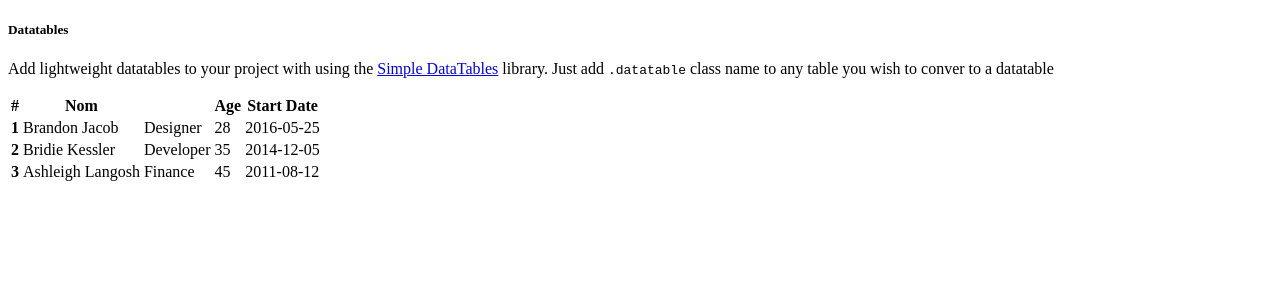
Repository: antsamadagascar/HR-Recruitment
Page: http://localhost/semestre5/application/views/table/annonces_tables.php
An editor plug-in stored every save of this project. The page is shown before and after a run of saves, followed by the edit.
The browser window is 1280 px wide. The pictures show the whole page.
The page is run by PHP 8.4 with error messages shown; the project is at /var/www/html/. application/core/MY_Config.php is not in the repository; a stand-in opens the database connection.

Above is the page before, as saved 2024-11-13 16:46:27.

### application/views/table/annonces_tables.php
<!DOCTYPE html>
<html lang="en">

<head>
  <meta charset="utf-8">
  <meta content="width=device-width, initial-scale=1.0" name="viewport">
  <link href="assets/css/style.css" rel="stylesheet">
</head>

<body>
<section class="section">
      <div class="row">
        <div class="col-lg-12">

          <div class="card">
            <div class="card-body">
              <h5 class="card-title">Datatables</h5>
              <p>Add lightweight datatables to your project with using the <a href="https://github.com/fiduswriter/Simple-DataTables" target="_blank">Simple DataTables</a> library. Just add <code>.datatable</code> class name to any table you wish to conver to a datatable</p>

              <!-- Table with stripped rows -->
              <table class="table datatable">
                <thead>
                  <tr>
                    <th scope="col">#</th>
                    <th scope="col">Nom</th>
                    <th scope="col"></th>
                    <th scope="col">Age</th>
                    <th scope="col">Start Date</th>
                  </tr>
                </thead>
                <tbody>
                  <tr>
                    <th scope="row">1</th>
                    <td>Brandon Jacob</td>
                    <td>Designer</td>
                    <td>28</td>
                    <td>2016-05-25</td>
                  </tr>
                  <tr>
                    <th scope="row">2</th>
                    <td>Bridie Kessler</td>
                    <td>Developer</td>
                    <td>35</td>
                    <td>2014-12-05</td>
                  </tr>
                  <tr>
                    <th scope="row">3</th>
                    <td>Ashleigh Langosh</td>
                    <td>Finance</td>
                    <td>45</td>
                    <td>2011-08-12</td>
                  </tr>
                </tbody>
              </table>
              <!-- End Table with stripped rows -->

            </div>
          </div>

        </div>
      </div>
    </section>
</body>

</html>

### index.php
<?php
/**
 * CodeIgniter
 *
 * An open source application development framework for PHP
 *
 * This content is released under the MIT License (MIT)
 *
 * Copyright (c) 2014 - 2016, British Columbia Institute of Technology
 *
 * Permission is hereby granted, free of charge, to any person obtaining a copy
 * of this software and associated documentation files (the "Software"), to deal
 * in the Software without restriction, including without limitation the rights
 * to use, copy, modify, merge, publish, distribute, sublicense, and/or sell
 * copies of the Software, and to permit persons to whom the Software is
 * furnished to do so, subject to the following conditions:
 *
 * The above copyright notice and this permission notice shall be included in
 * all copies or substantial portions of the Software.
 *
 * THE SOFTWARE IS PROVIDED "AS IS", WITHOUT WARRANTY OF ANY KIND, EXPRESS OR
 * IMPLIED, INCLUDING BUT NOT LIMITED TO THE WARRANTIES OF MERCHANTABILITY,
 * FITNESS FOR A PARTICULAR PURPOSE AND NONINFRINGEMENT. IN NO EVENT SHALL THE
 * AUTHORS OR COPYRIGHT HOLDERS BE LIABLE FOR ANY CLAIM, DAMAGES OR OTHER
 * LIABILITY, WHETHER IN AN ACTION OF CONTRACT, TORT OR OTHERWISE, ARISING FROM,
 * OUT OF OR IN CONNECTION WITH THE SOFTWARE OR THE USE OR OTHER DEALINGS IN
 * THE SOFTWARE.
 *
 * @package	CodeIgniter
 * @author	EllisLab Dev Team
 * @copyright	Copyright (c) 2008 - 2014, EllisLab, Inc. (https://ellislab.com/)
 * @copyright	Copyright (c) 2014 - 2016, British Columbia Institute of Technology (http://bcit.ca/)
 * @license	http://opensource.org/licenses/MIT	MIT License
 * @link	https://codeigniter.com
 * @since	Version 1.0.0
 * @filesource
 */

/*
 *---------------------------------------------------------------
 * APPLICATION ENVIRONMENT
 *---------------------------------------------------------------
 *
 * You can load different configurations depending on your
 * current environment. Setting the environment also influences
 * things like logging and error reporting.
 *
 * This can be set to anything, but default usage is:
 *
 *     development
 *     testing
 *     production
 *
 * NOTE: If you change these, also change the error_reporting() code below
 */
	define('ENVIRONMENT', isset($_SERVER['CI_ENV']) ? $_SERVER['CI_ENV'] : 'development');

/*
 *---------------------------------------------------------------
 * ERROR REPORTING
 *---------------------------------------------------------------
 *
 * Different environments will require different levels of error reporting.
 * By default development will show errors but testing and live will hide them.
 */
switch (ENVIRONMENT)
{
	case 'development':
		error_reporting(-1);
		ini_set('display_errors', 1);
	break;

	case 'testing':
	case 'production':
		ini_set('display_errors', 0);
		if (version_compare(PHP_VERSION, '5.3', '>='))
		{
			error_reporting(E_ALL & ~E_NOTICE & ~E_DEPRECATED & ~E_STRICT & ~E_USER_NOTICE & ~E_USER_DEPRECATED);
		}
		else
		{
			error_reporting(E_ALL & ~E_NOTICE & ~E_STRICT & ~E_USER_NOTICE);
		}
	break;

	default:
		header('HTTP/1.1 503 Service Unavailable.', TRUE, 503);
		echo 'The application environment is not set correctly.';
		exit(1); // EXIT_ERROR
}

/*
 *---------------------------------------------------------------
 * SYSTEM DIRECTORY NAME
 *---------------------------------------------------------------
 *
 * This variable must contain the name of your "system" directory.
 * Set the path if it is not in the same directory as this file.
 */
	$system_path = 'system';

/*
 *---------------------------------------------------------------
 * APPLICATION DIRECTORY NAME
 *---------------------------------------------------------------
 *
 * If you want this front controller to use a different "application"
 * directory than the default one you can set its name here. The directory
 * can also be renamed or relocated anywhere on your server. If you do,
 * use an absolute (full) server path.
 * For more info please see the user guide:
 *
 * https://codeigniter.com/user_guide/general/managing_apps.html
 *
 * NO TRAILING SLASH!
 */
	$application_folder = 'application';

/*
 *---------------------------------------------------------------
 * VIEW DIRECTORY NAME
 *---------------------------------------------------------------
 *
 * If you want to move the view directory out of the application
 * directory, set the path to it here. The directory can be renamed
 * and relocated anywhere on your server. If blank, it will default
 * to the standard location inside your application directory.
 * If you do move this, use an absolute (full) server path.
 *
 * NO TRAILING SLASH!
 */
	$view_folder = '';


/*
 * --------------------------------------------------------------------
 * DEFAULT CONTROLLER
 * --------------------------------------------------------------------
 *
 * Normally you will set your default controller in the routes.php file.
 * You can, however, force a custom routing by hard-coding a
 * specific controller class/function here. For most applications, you
 * WILL NOT set your routing here, but it's an option for those
 * special instances where you might want to override the standard
 * routing in a specific front controller that shares a common CI installation.
 *
 * IMPORTANT: If you set the routing here, NO OTHER controller will be
 * callable. In essence, this preference limits your application to ONE
 * specific controller. Leave the function name blank if you need
 * to call functions dynamically via the URI.
 *
 * Un-comment the $routing array below to use this feature
 */
	// The directory name, relative to the "controllers" directory.  Leave blank
	// if your controller is not in a sub-directory within the "controllers" one
	// $routing['directory'] = '';

	// The controller class file name.  Example:  mycontroller
	// $routing['controller'] = '';

	// The controller function you wish to be called.
	// $routing['function']	= '';


/*
 * -------------------------------------------------------------------
 *  CUSTOM CONFIG VALUES
 * -------------------------------------------------------------------
 *
 * The $assign_to_config array below will be passed dynamically to the
 * config class when initialized. This allows you to set custom config
 * items or override any default config values found in the config.php file.
 * This can be handy as it permits you to share one application between
 * multiple front controller files, with each file containing different
 * config values.
 *
 * Un-comment the $assign_to_config array below to use this feature
 */
	// $assign_to_config['name_of_config_item'] = 'value of config item';



// --------------------------------------------------------------------
// END OF USER CONFIGURABLE SETTINGS.  DO NOT EDIT BELOW THIS LINE
// --------------------------------------------------------------------

/*
 * ---------------------------------------------------------------
 *  Resolve the system path for increased reliability
 * ---------------------------------------------------------------
 */

	// Set the current directory correctly for CLI requests
	if (defined('STDIN'))
	{
		chdir(dirname(__FILE__));
	}

	if (($_temp = realpath($system_path)) !== FALSE)
	{
		$system_path = $_temp.DIRECTORY_SEPARATOR;
	}
	else
	{
		// Ensure there's a trailing slash
		$system_path = strtr(
			rtrim($system_path, '/\\'),
			'/\\',
			DIRECTORY_SEPARATOR.DIRECTORY_SEPARATOR
		).DIRECTORY_SEPARATOR;
	}

	// Is the system path correct?
	if ( ! is_dir($system_path))
	{
		header('HTTP/1.1 503 Service Unavailable.', TRUE, 503);
		echo 'Your system folder path does not appear to be set correctly. Please open the following file and correct this: '.pathinfo(__FILE__, PATHINFO_BASENAME);
		exit(3); // EXIT_CONFIG
	}

/*
 * -------------------------------------------------------------------
 *  Now that we know the path, set the main path constants
 * -------------------------------------------------------------------
 */
	// The name of THIS file
	define('SELF', pathinfo(__FILE__, PATHINFO_BASENAME));

	// Path to the system directory
	define('BASEPATH', $system_path);

	// Path to the front controller (this file) directory
	define('FCPATH', dirname(__FILE__).DIRECTORY_SEPARATOR);

	// Name of the "system" directory
	define('SYSDIR', basename(BASEPATH));

	// The path to the "application" directory
	if (is_dir($application_folder))
	{
		if (($_temp = realpath($application_folder)) !== FALSE)
		{
			$application_folder = $_temp;
		}
		else
		{
			$application_folder = strtr(
				rtrim($application_folder, '/\\'),
				'/\\',
				DIRECTORY_SEPARATOR.DIRECTORY_SEPARATOR
			);
		}
	}
	elseif (is_dir(BASEPATH.$application_folder.DIRECTORY_SEPARATOR))
	{
		$application_folder = BASEPATH.strtr(
			trim($application_folder, '/\\'),
			'/\\',
			DIRECTORY_SEPARATOR.DIRECTORY_SEPARATOR
		);
	}
	else
	{
		header('HTTP/1.1 503 Service Unavailable.', TRUE, 503);
		echo 'Your application folder path does not appear to be set correctly. Please open the following file and correct this: '.SELF;
		exit(3); // EXIT_CONFIG
	}

	define('APPPATH', $application_folder.DIRECTORY_SEPARATOR);

	// The path to the "views" directory
	if ( ! isset($view_folder[0]) && is_dir(APPPATH.'views'.DIRECTORY_SEPARATOR))
	{
		$view_folder = APPPATH.'views';
	}
	elseif (is_dir($view_folder))
	{
		if (($_temp = realpath($view_folder)) !== FALSE)
		{
			$view_folder = $_temp;
		}
		else
		{
			$view_folder = strtr(
				rtrim($view_folder, '/\\'),
				'/\\',
				DIRECTORY_SEPARATOR.DIRECTORY_SEPARATOR
			);
		}
	}
	elseif (is_dir(APPPATH.$view_folder.DIRECTORY_SEPARATOR))
	{
		$view_folder = APPPATH.strtr(
			trim($view_folder, '/\\'),
			'/\\',
			DIRECTORY_SEPARATOR.DIRECTORY_SEPARATOR
		);
	}
	else
	{
		header('HTTP/1.1 503 Service Unavailable.', TRUE, 503);
		echo 'Your view folder path does not appear to be set correctly. Please open the following file and correct this: '.SELF;
		exit(3); // EXIT_CONFIG
	}

	define('VIEWPATH', $view_folder.DIRECTORY_SEPARATOR);

/*
 * --------------------------------------------------------------------
 * LOAD THE BOOTSTRAP FILE
 * --------------------------------------------------------------------
 *
 * And away we go...
 */
require_once BASEPATH.'core/CodeIgniter.php';

### application/views/errors/html/error_php.php
<?php
defined('BASEPATH') OR exit('No direct script access allowed');
?>

<div style="border:1px solid #990000;padding-left:20px;margin:0 0 10px 0;">

<h4>A PHP Error was encountered</h4>

<p>Severity: <?php echo $severity; ?></p>
<p>Message:  <?php echo $message; ?></p>
<p>Filename: <?php echo $filepath; ?></p>
<p>Line Number: <?php echo $line; ?></p>

<?php if (defined('SHOW_DEBUG_BACKTRACE') && SHOW_DEBUG_BACKTRACE === TRUE): ?>

	<p>Backtrace:</p>
	<?php foreach (debug_backtrace() as $error): ?>

		<?php if (isset($error['file']) && strpos($error['file'], realpath(BASEPATH)) !== 0): ?>

			<p style="margin-left:10px">
			File: <?php echo $error['file'] ?><br />
			Line: <?php echo $error['line'] ?><br />
			Function: <?php echo $error['function'] ?>
			</p>

		<?php endif ?>

	<?php endforeach ?>

<?php endif ?>

</div>

### application/views/errors/html/error_exception.php
<?php
defined('BASEPATH') OR exit('No direct script access allowed');
?>

<div style="border:1px solid #990000;padding-left:20px;margin:0 0 10px 0;">

<h4>An uncaught Exception was encountered</h4>

<p>Type: <?php echo get_class($exception); ?></p>
<p>Message: <?php echo $message; ?></p>
<p>Filename: <?php echo $exception->getFile(); ?></p>
<p>Line Number: <?php echo $exception->getLine(); ?></p>

<?php if (defined('SHOW_DEBUG_BACKTRACE') && SHOW_DEBUG_BACKTRACE === TRUE): ?>

	<p>Backtrace:</p>
	<?php foreach ($exception->getTrace() as $error): ?>

		<?php if (isset($error['file']) && strpos($error['file'], realpath(BASEPATH)) !== 0): ?>

			<p style="margin-left:10px">
			File: <?php echo $error['file']; ?><br />
			Line: <?php echo $error['line']; ?><br />
			Function: <?php echo $error['function']; ?>
			</p>
		<?php endif ?>

	<?php endforeach ?>

<?php endif ?>

</div>

Loaded but not shown: system/core/CodeIgniter.php (common file); application/config/constants.php (common file); system/core/Common.php (common file); system/core/Benchmark.php (common file); system/core/Hooks.php (common file); system/core/Config.php (common file); system/core/Exceptions.php (common file); system/core/Log.php (common file); application/config/config.php (513 lines, source omitted)

After the next 4 saves:
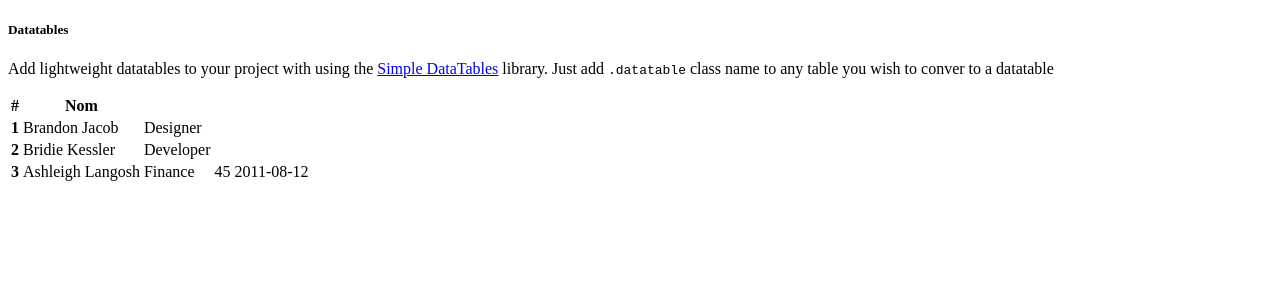
The 4 saves are shown as one change because they came seconds apart.
The last was saved 55 s later.
--- a/application/views/table/annonces_tables.php
+++ b/application/views/table/annonces_tables.php
@@ -24,8 +24,6 @@
                     <th scope="col">#</th>
                     <th scope="col">Nom</th>
                     <th scope="col"></th>
-                    <th scope="col">Age</th>
-                    <th scope="col">Start Date</th>
                   </tr>
                 </thead>
                 <tbody>
@@ -33,15 +31,11 @@
                     <th scope="row">1</th>
                     <td>Brandon Jacob</td>
                     <td>Designer</td>
-                    <td>28</td>
-                    <td>2016-05-25</td>
                   </tr>
                   <tr>
                     <th scope="row">2</th>
                     <td>Bridie Kessler</td>
                     <td>Developer</td>
-                    <td>35</td>
-                    <td>2014-12-05</td>
                   </tr>
                   <tr>
                     <th scope="row">3</th>
